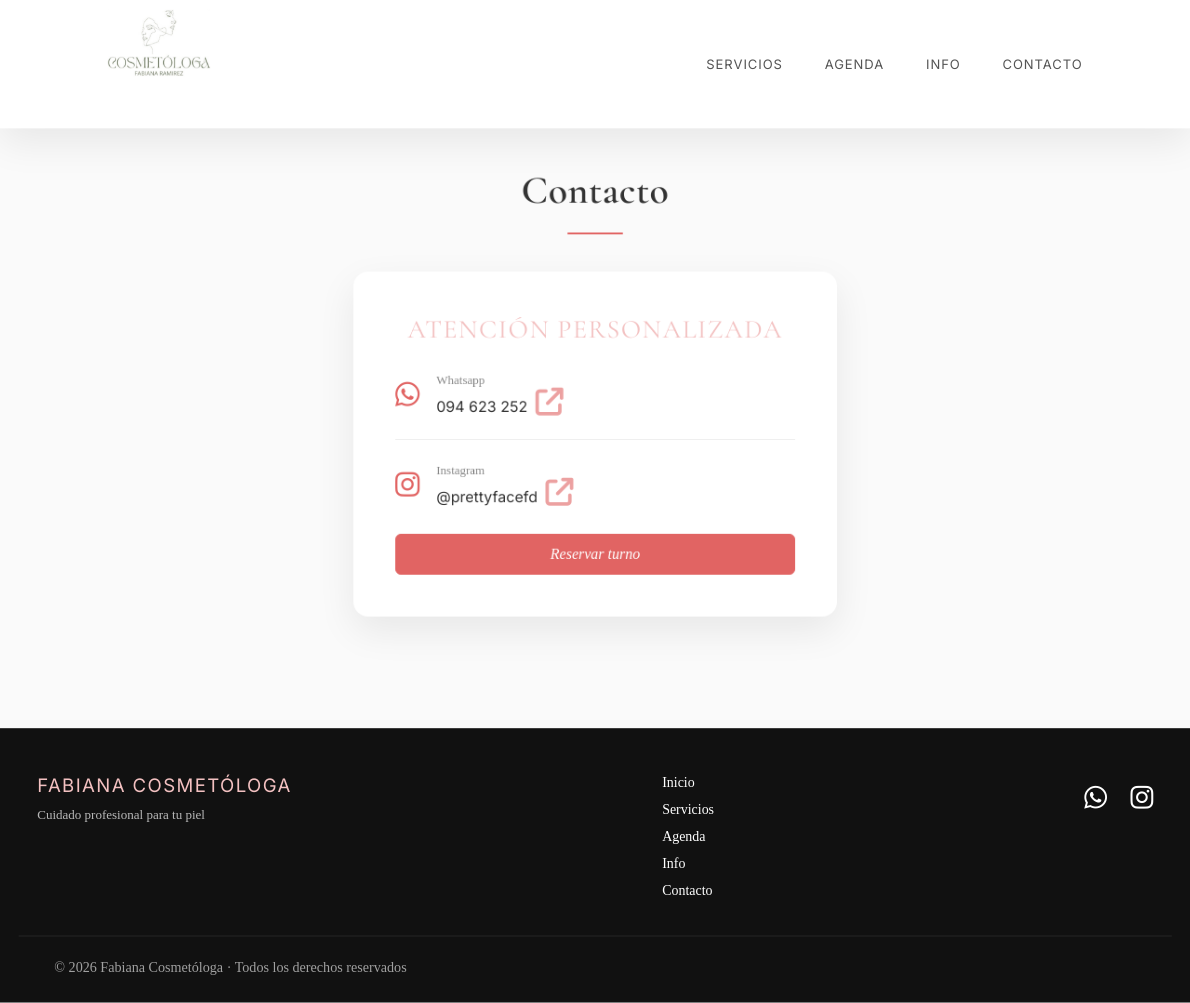
Repository: thiagobal1891-sudo/paginaweb
Page: pages/contacto.html
The author's editor kept a copy of each file at every save. The page is drawn from the files as they stood at one save, then again after the next save.
The browser window is 1280 px wide. The pictures show the whole page, at 93% of full size.
Some web fonts or font styles are not loaded; a fallback is used.

Above is the page before, as saved 2026-03-17 14:13:21.
Console error: ReferenceError: emailjs is not defined

After the next save:
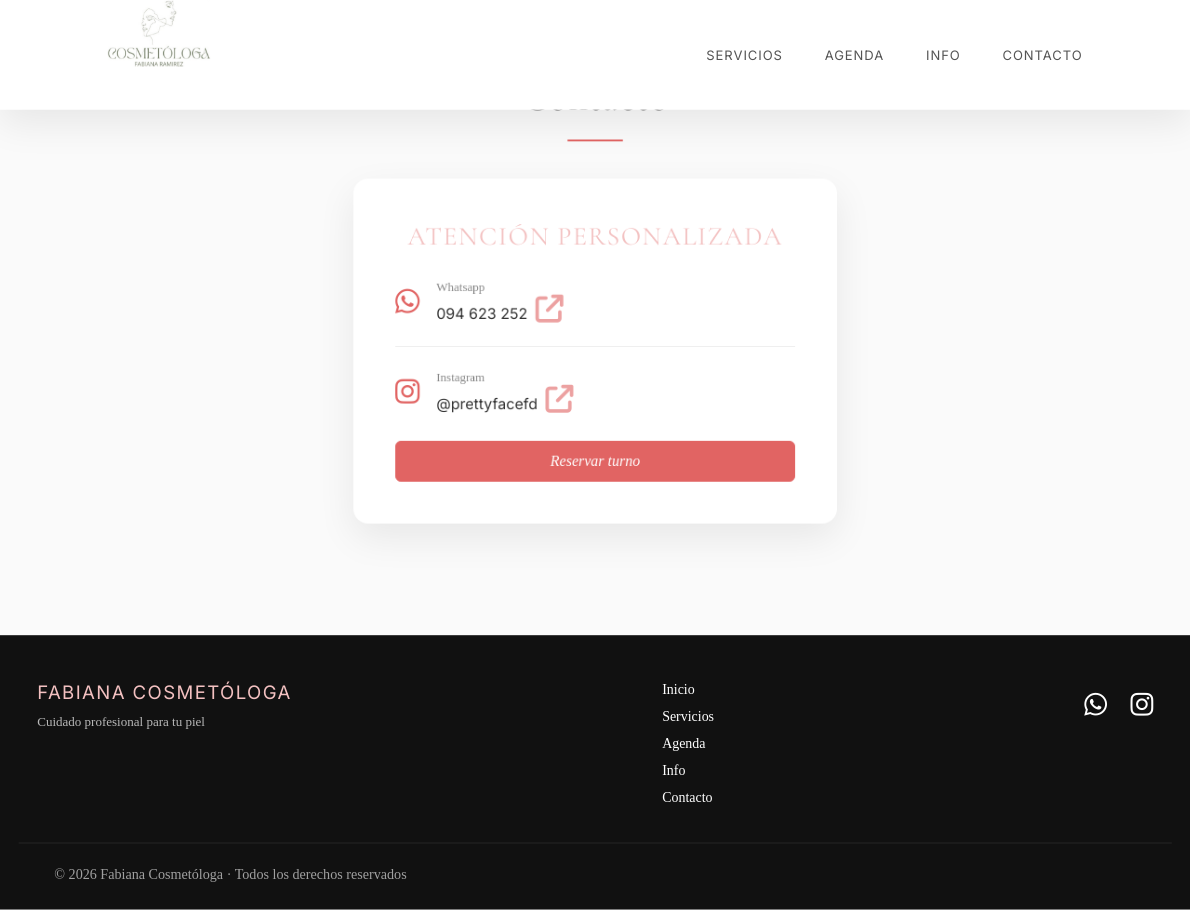
Saved 2 min 22 s later.
--- a/css/style.css
+++ b/css/style.css
@@ -10,7 +10,7 @@ html {
   font-size: 100%;
 }
 :root{
-  --header-height:100px;
+
   --primary:#E16463;
   --primary-soft:rgba(225,100,99,.15);
   --primary-soft-light:rgba(225,100,99,.08);
@@ -151,7 +151,6 @@ header{
   z-index:1000;
   box-shadow: var(--shadow-soft);
   transition:.3s;
-  padding:10px 0;
 }
 header.scrolled{
   background:rgba(255,255,255,0.9);
